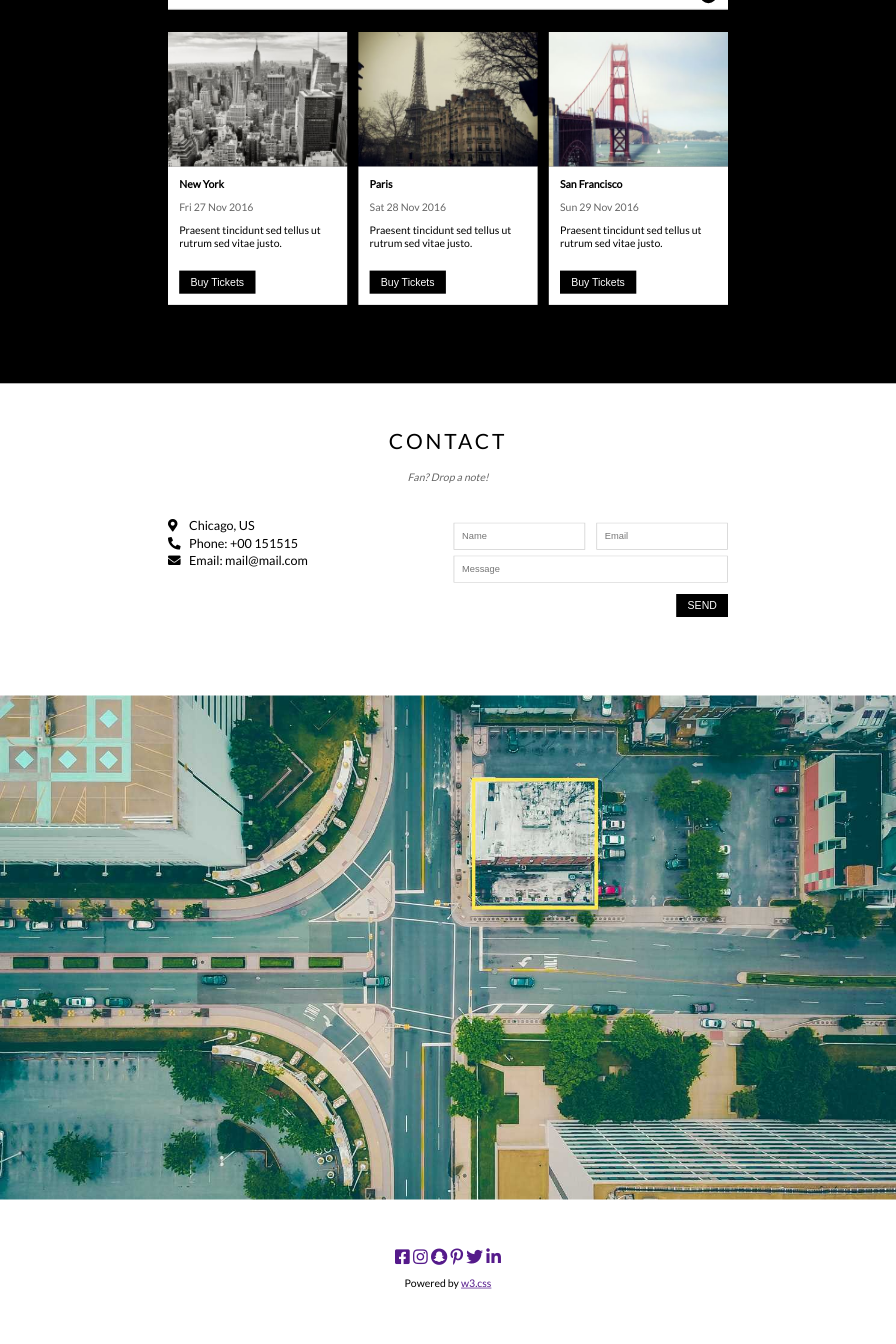
Repository: nguyenthaicong265/w3-band
Page: index.html
These files come from the project's save history. The page is drawn as it stood at one moment and after the next save; the edit follows.
The browser window is 1280 px wide. The pictures show the part of the page from y = 1692 to 3612 px (the page is 3612 px tall), at 70% of full size.

Above is the page before, as saved 2022-01-05 01:33:10.

### index.html
<!DOCTYPE html>
<html lang="en">
<head>
    <meta charset="UTF-8">
    <meta http-equiv="X-UA-Compatible" content="IE=edge">
    <meta name="viewport" content="width=device-width, initial-scale=1.0">
    <title>Document</title>
    <link rel="stylesheet" href="./assets/css/styles.css">
    <link rel="stylesheet" href="https://fonts.googleapis.com/css?family=Lato">
    <link rel="stylesheet" href="./assets/font/themify-icons-font/themify-icons/themify-icons.css">
    <link rel="stylesheet" href="./assets/font/fontawesome-free-5.15.4-web/css/all.css">
</head>
<body>
    <div id="main">
        <div id="header">
            <ul id="nav">
                <li><a href="">Home</a></li>
                <li><a href="">Band</a></li>
                <li><a href="">Tour</a></li>
                <li><a href="">Contact</a></li>
                <li>
                    <a href="#">
                        More
                        <i class="fas fa-sort-down"></i>
                    </a>
                    <ul class="subnav">
                        <li><a href="#">Merchandise</a></li>
                        <li><a href="#">Extras</a></li>
                        <li><a href="#">Media</a></li>
                    </ul>
                </li>
            </ul>
            <div class="search-button">
                <i class="fas fa-search text-white"></i>
            </div>
        </div>

        <div id="slider">
            <div class="text-content text-white">
                <h2 class="text-head">Los Angeles
                </h2>
                <div class="text-description">We had the best time playing at Venice Beach!
                </div>
            </div>
        </div>

        <div id="content">
            <!-- About-section -->
            <div class="band-section">
                <div class="content-section">
                    <h2 class="section-heading">
                    THE BAND
                    </h2>
                    <p class="section-sub-heading">
                    We love music
                    </p>
                    <p class="about-text">We have created a fictional band website. Lorem ipsum dolor sit amet, consectetur adipiscing elit, sed do eiusmod tempor incididunt ut labore et dolore magna aliqua. Ut enim ad minim veniam, quis nostrud exercitation ullamco laboris nisi ut aliquip ex ea commodo consequat. Duis aute irure dolor in reprehenderit in voluptate velit esse cillum dolore eu fugiat nulla pariatur. Excepteur sint occaecat cupidatat non proident, sunt in culpa qui officia deserunt mollit anim id est laborum consectetur adipiscing elit, sed do eiusmod tempor incididunt ut labore et dolore magna aliqua. Ut enim ad minim veniam, quis nostrud exercitation ullamco laboris nisi ut aliquip ex ea commodo consequat.
                    </p>

                    <!-- Member -->
                    <div class="members-list">
                        <div class="member-item">
                            <p class="member-name">Name</p>
                            <img src="./assets/img/band/member1.jpg" alt="Name" class="member-avatar">
                        </div>

                        <div class="member-item">
                            <p class="member-name">Name</p>
                            <img src="./assets/img/band/member1.jpg" alt="Name" class="member-avatar">
                        </div>

                        <div class="member-item">
                            <p class="member-name">Name</p>
                            <img src="./assets/img/band/member1.jpg" alt="Name" class="member-avatar">
                        </div>
                    </div>
                </div>
            </div>

            <!-- Tour-section -->
            <div class="tour-section">
                <div class="content-section">
                    <h2 class="section-heading text-white">
                    TOUR DATES
                    </h2>
                    <p class="section-sub-heading text-white">
                    Remember to book your tickets!
                    </p>

                    <!-- Tickets  -->
                    <ul class="tickets-list">
                        <li>September <span class="sold-out text-white">Sold out</span></li>
                        <li>October <span class="sold-out text-white">Sold out</span></li>
                        <li>November <span class="quantity text-white">3</span></li>
                    </ul>

                    <!-- Places -->
                    <div class="row places-list">
                        <div class="col col-third">
                            <img src="./assets/img/places/newyork.jpg" alt="New York" class="place-img">
                            <div class="place-body">
                                <h3 class="place-heading">
                                    New York
                                </h3>
                                <p class="place-time">
                                    Fri 27 Nov 2016
                                </p>
                                <p class="place-dsc">
                                    Praesent tincidunt sed tellus ut rutrum sed vitae justo.
                                </p>
                                <button class="btn js-buy-ticket">Buy Tickets</button>
                            </div>
                        </div>

                        <div class="col col-third">
                            <img src="./assets/img/places/paris.jpg" alt="Paris" class="place-img">
                            <div class="place-body">
                                <h3 class="place-heading">
                                    Paris
                                </h3>
                                <p class="place-time">
                                    Sat 28 Nov 2016
                                </p>
                                <p class="place-dsc">
                                    Praesent tincidunt sed tellus ut rutrum sed vitae justo.
                                </p>
                                <button class="btn js-buy-ticket">Buy Tickets</button>
                            </div>
                        </div>

                        <div class="col col-third">
                            <img src="./assets/img/places/sanfran.jpg" alt="San Francisco" class="place-img">
                            <div class="place-body">
                                <h3 class="place-heading">
                                    San Francisco
                                </h3>
                                <p class="place-time">
                                    Sun 29 Nov 2016
                                </p>
                                <p class="place-dsc">
                                    Praesent tincidunt sed tellus ut rutrum sed vitae justo.
                                </p>
                                <button class="btn js-buy-ticket">Buy Tickets</button>
                            </div>
                        </div>
                    </div>
                </div>
            </div>

            <!-- Begin: Contact-section -->
            <div class="content-section">
                <h2 class="section-heading">
                CONTACT</h2>
                <p class="section-sub-heading">
                Fan? Drop a note!</p>
                <div class="row contact-content">
                    <div class="col col-half contact-info">
                        <p><i class="fas fa-map-marker-alt"></i>Chicago, US</p>
                        <p><i class="fas fa-phone-alt"></i>Phone: +00 151515</p>
                        <p><i class="fas fa-envelope"></i>Email: mail@mail.com</p>
                    </div>
                    <div class="col col-half contact-form">
                        <form action="">
                            <div class="row mt-8">
                                <div class="col col-half">
                                    <input type="text" name="" required placeholder="Name" id="" class="form-control">
                                </div>
                                <div class="col col-half">
                                    <input type="email" name="" required placeholder="Email" id="" class="form-control">
                                </div>
                            </div>
                            <div class="row mt-8">
                                <div class="col col-full">
                                    <input type="text" name="" required placeholder="Message" id="" class="form-control">
                                </div>
                            </div>
                            <input class="btn pull-right mt-16" type="submit" value="SEND">
                        </form>
                    </div>
                </div>
            </div>
            <!-- End: Contact-section -->


            <div class="map-section">
                <img src="./assets/img/map.jpg" alt="Map">
            </div>
        </div>

        <div id="footer">
            <div class="socials-list">
                <a href=""><i class="fab fa-facebook-square"></i></a>
                <a href=""><i class="fab fa-instagram"></i></a>
                <a href=""><i class="fab fa-snapchat"></i></a>
                <a href=""><i class="fab fa-pinterest-p"></i></a>
                <a href=""><i class="fab fa-twitter"></i></a>
                <a href=""><i class="fab fa-linkedin-in"></i></a>
            </div>
            <p class="copyright">Powered by <a href="">w3.css</a></p>
        </div>
    </div>
    <div class="modal js-modal">
         <div class="modal-contaner js-modal-container">
             <div class="modal-close js-modal-close">
                <i class="fas fa-times"></i>
             </div>

             <div class="modal-header text-white">
                <i class="fas fa-suitcase"></i> Tickets
             </div>

             <div class="modal-body">
                <label for="ticket-quantity" class="modal-label">
                    <i class="fas fa-shopping-cart"></i>
                    Tickets, $15 per person
                 </label>
                 <input type="text" id="ticket-quantity" class="modal-input" placeholder="How many?">

                 <label for="ticket-email" class="modal-label">
                    <i class="fas fa-user"></i>
                    Send To
                 </label>
                 <input type="text" id="ticket-email" class="modal-input" placeholder="Enter email">

                <button id="buy-ticket">
                    Pay
                    <i class="fas fa-check"></i>
                </button>
             </div>

             <div class="modal-footer">
                 <p class="modal-help">
                     Need <a href="">help?</button>
                 </p>
             </div>
         </div>
    </div>

    <script>
        const buyBtns = document.querySelectorAll('.js-buy-ticket')
        const modal = document.querySelector('.js-modal')
        const modalContainer = document.querySelector('.js-modal-container')
        const modalClose = document.querySelector('.js-modal-close')

        // Hàm hiển thị modal mua vé
        function showBuyTickets() {
            modal.classList.add('open')
        }

        // Hàm ẩn modal mua vé
        function closeBuyTickets() {
            modal.classList.remove('open')
        }

        // Lắng nghe click vào từng button Buy Ticket
        for (const buyBtn of buyBtns) {
            buyBtn.addEventListener('click', showBuyTickets)
        }

        // Lắng nghe click vào button close
        modalClose.addEventListener('click', closeBuyTickets)

        // Lắng nghe click vào modal
        modal.addEventListener('click', closeBuyTickets)

        // Lắng nghe click vào container
        modalContainer.addEventListener('click', function(event) {
            event.stopPropagation()
        })
    </script>
</body>
</html>

### assets/css/styles.css
/* Reset CSS */
* {
    padding: 0;
    margin: 0;
    box-sizing: border-box;
}

html {
    font-family: "Lato", sans-serif;
    font-size: 62.5%;
}

/* Common */
.clear {
    clear: both;
}

.text-white {
    color: #ffff !important;
}

.row {
    margin-left: -8px;
    margin-right: -8px;
    overflow: hidden;
}

.col {
    float: left;
    padding-left: 8px;
    padding-right: 8px;
}

.col-third {
    width: 33.33333%;
}

.col-half {
    width: 50%;
}

.col-full {
    width: 100%;
}

.mt-8 {
    margin-top: 8px;
}

.mt-16 {
    margin-top: 16px;
}

.btn {
    display: inline-block;
    font-size: 15px;
    color: #ffff;
    background-color: #000;
    text-decoration: none;
    padding: 8px 16px;
    margin-top: 16px;
    border: 0px;
    cursor: pointer;
}

.btn:hover {
    color: #000;
    background-color: #ccc;
}

.pull-right {
    float: right;
    overflow: hidden;
}

/* Main */

#main {

}

#header {
    position: fixed;
    top: 0;
    left: 0;
    right: 0;
    height: 46.5px;
    background-color: #000000;
    z-index: 1;
}

#header .search-button {
    float: right;
    padding: 0 21px;
}

#header .search-button:hover {
    cursor: pointer;
    background-color: #f44336!important;
}

#header .fa-search {
    font-size: 13px;
    line-height: 46px;
}

#nav, .subnav {
    display: inline-block;
    list-style-type: none;
}

#nav > li {
    display: inline-block;
}

#nav li {
    position: relative;
}

#nav > li > a {
    color: #ffffff;
    text-transform: uppercase;
}

#nav li a {
    text-decoration: none;
    line-height: 46.5px;
    padding: 0px 24px;
    font-size: 1.5rem;
    display: block;
}

#nav .fa-sort-down {
    font-size: 20px;
}

#nav li:hover .subnav {
    display: block;

}

#nav > li:hover > a,
#nav .subnav li:hover a {
    color: #000 !important;
    background-color: #ccc !important;
}

#nav .subnav {
    display: none;
    position: absolute;
    min-width: 160px;
    top: 46.5px;
    background-color: #ffffff;
    box-shadow: 0 0 10px rgba(0, 0, 0, 0.3);
}

#nav .subnav a {
    color: #000;
    padding: 0 12px;
    line-height: 38px;
}

#slider {
    position: relative;
    margin-top: 46px;
    padding-top: 50%;
    background: url(/assets/img/slider/slider1.jpg) top center / cover no-repeat;
}

#slider .text-content {
    position: absolute;
    bottom: 48px;
    width: 100%;
    text-align: center;
}

#slider .text-head {
    font-weight: 100;
    font-size: 24px;
    margin-bottom: 10px;
}
#slider .text-description {
    font-size: 15px;
    margin-top: 15px;
}

#content {
}

#content .content-section {
    width: 800px;
    padding: 64px 0 112px ;
    margin-left: auto;
    margin-right: auto;
}

#content .section-heading {
    font-size: 30px;
    font-weight: 400;
    letter-spacing: 4px;
    text-align: center;
}

#content .section-sub-heading {
    font-size: 15px;
    font-style: italic;
    text-align: center;
    opacity: 0.6;
    margin-top: 25px;
}

#content .about-text {
    text-align: justify;
    font-size: 15px;
    margin-top: 25px;
    line-height: 1.4;
}

#content .members-list {
    margin-top: 48px;
    overflow: hidden;
    padding-top: 32px !important;
    padding-bottom: 32px !important;
}

#content .member-item {
    float: left;
    width: 33.333333%;
    text-align: center;
}

#content .member-name {
    font-size: 15px;


}

#content .member-avatar {
    width: 60%;
    margin-top: 15px;
    border-radius: 4px;
}

.tour-section {
    background-color: #000;
    width: 100%;
}

.tickets-list {
    background-color: #ffffff;
    margin-top: 40px;
    list-style-type: none;
}

.tickets-list li {
    font-size: 15px;
    padding: 11px 16px;
    border-bottom: 1px solid #dddd;
    color: #757575;
}

.tickets-list .sold-out {
    background-color: #f44336!important;
    padding: 2px 7px;
    margin-left: 16px;
}

.tickets-list .quantity {
    float: right;
    width: 24px;
    height: 24px;
    background-color: #000;
    border-radius: 50%;
    line-height: 24px;
    text-align: center;
    margin-top: -3px;
}

.places-list {
    margin-top: 32px;
    overflow: hidden;
}

.place-img {
    display: block;
    width: 100%;
}

.place-img:hover {
    opacity: 0.6;
}

.place-body {
    background-color: #ffff;
    padding: 16px;
}

.place-heading {
    font-size: 15px;
    font-weight: bolder;
    margin-bottom: 15px;
}

.place-time {
    font-size: 15px;
    opacity: 0.6;
    margin-bottom: 15px;
}

.place-dsc {
    font-size: 15px;
    margin-bottom: 15px;
}

.fas {
    display: inline-block;
}

.contact-content {
    margin-top: 48px;
}

.contact-info {
    font-size: 18px;
    line-height: 1.4;
}

.contact-info .fas {
    width: 30px;
}

.contact-form {
    font-size: 15px;
}

.contact-form .form-control {
    padding: 11px;
    border: 1px solid #ccc;
    width: 100%;
}

/* Map section */
.map-section img {
    width: 100%;
}

/* Footer section */
#footer {
    padding: 64px 16px;
    text-align: center;
    font-size: 15px;
}

#footer .socials-list {
    font-size: 24px;
}

#footer .copyright {
    margin: 15px 0;
}

.modal {
    position: fixed;
    top: 0;
    right: 0;
    bottom: 0;
    left: 0;
    background: rgba(0, 0, 0, 0.4);
    align-items: center;
    justify-content: center;
    display: none;
}

.modal.open {
    display: flex;
}

.modal-contaner {
    background: #fff;
    width: 900px;
    max-width: calc(100% - 32px);
    min-height: 200px;
    position: relative;
    animation: modalFadeIn ease 0.5s;
}

.modal-close {
    position: absolute;
    right: 0;
    top: 0;
    padding: 15px;
    cursor: pointer;
    color: #fff;
    font-size: 15px;
}

.modal-close:hover {
    background-color: #ccc;
    color: #000;
}

.modal-header {
    background-color: #009688;
    height: 130px;
    display: flex;
    align-items: center;
    justify-content: center;
    font-size: 30px;
    letter-spacing: 5px;
}

.modal-header .fa-suitcase {
    margin-right: 15px;
}

.modal-body {
    padding: 15px;

}

.modal-body .modal-label {
    display: block;
    font-size: 15px;
    opacity: 0.8;
}

.modal-body .modal-input {
    border: 1px solid #ccc;
    padding: 8px;
    margin: 15px 0;
    width: 100%;
    font-size: 15px;
}

#buy-ticket {
    background-color: #009688;
    color: #fff;
    font-size: 15px;
    padding: 15px;
    width: 100%;
    border: 0px;
}

#buy-ticket:hover {
    background-color: #ccc;
    color: #000;
}

.modal-footer {
    padding: 16px;
    text-align: right;
    font-size: 15px;
}

.modal-help {
    top: 0;
    right: 0;
}

.modal-help a {
    color: #2196F3;
}

@keyframes modalFadeIn {
    from {
        opacity: 0;
        transform: translateY(-100px);
    }
    to {
        opacity: 1;
        transform: translateY(0px);
    }
}

Loaded but not shown: assets/font/themify-icons-font/themify-icons/themify-icons.css (common file); assets/font/fontawesome-free-5.15.4-web/css/all.css (library)

After the next save:
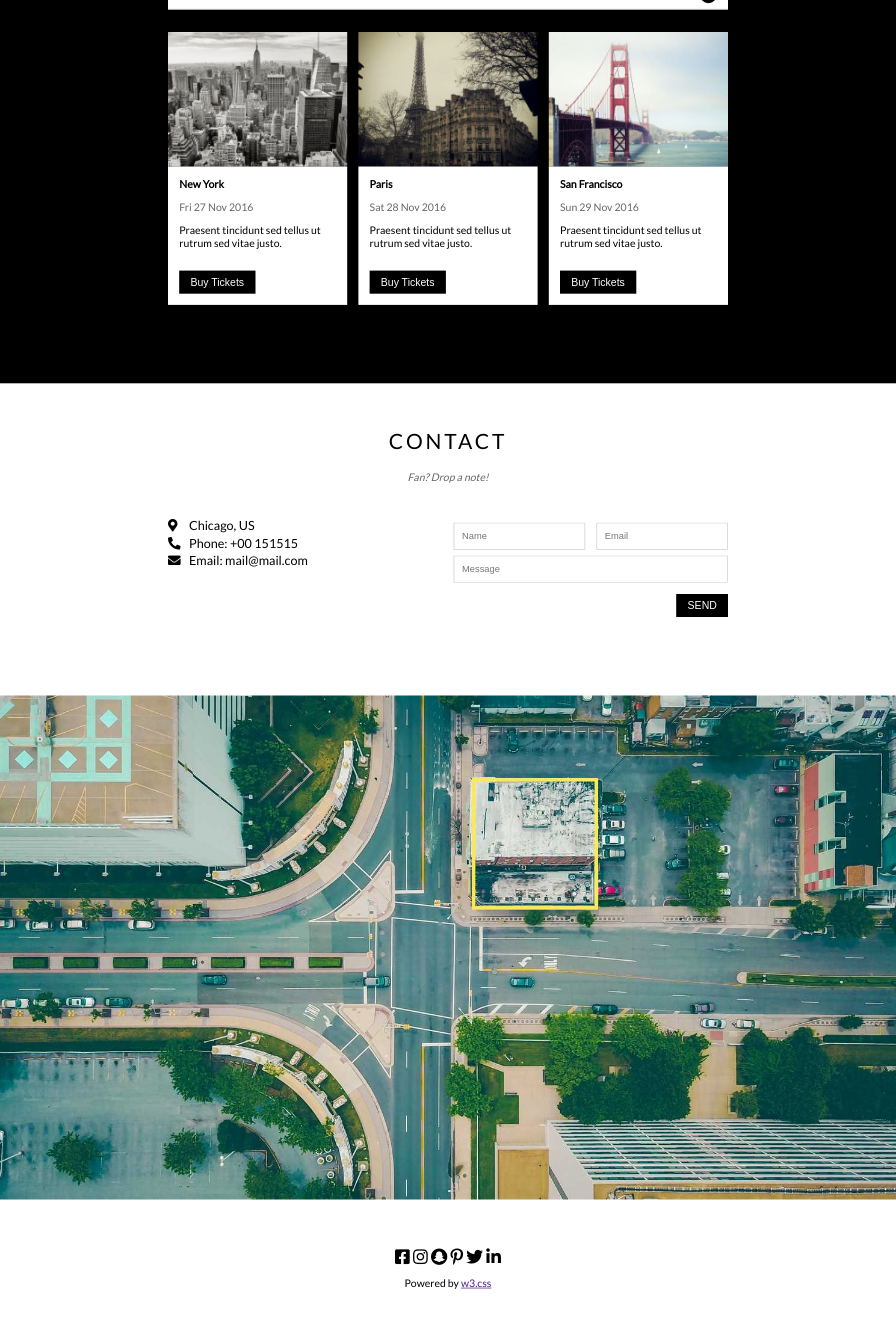
Saved 62 s later.
--- a/assets/css/styles.css
+++ b/assets/css/styles.css
@@ -353,6 +353,11 @@ html {
 
 #footer .socials-list {
     font-size: 24px;
+}
+
+#footer .socials-list a {
+    color: #000;
+
 }
 
 #footer .copyright {
